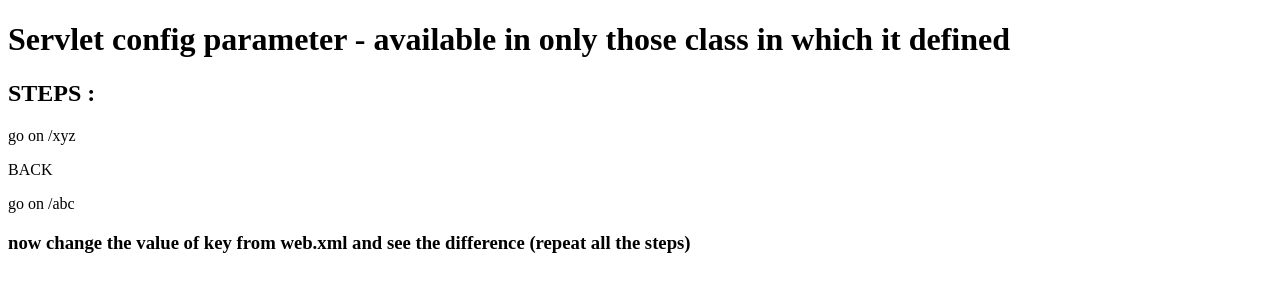
Repository: suraj-repositories/java-practice-2-advance-java-1
Page: Ad_13_servlet_configParameter_use/src/main/webapp/index.html
An editor plug-in stored every save of this project. The page is shown before and after the next save, followed by the edit.
The browser window is 1280 px wide. The pictures show the whole page.

Above is the page before, as saved 2023-07-22 13:15:21.

After the next save:
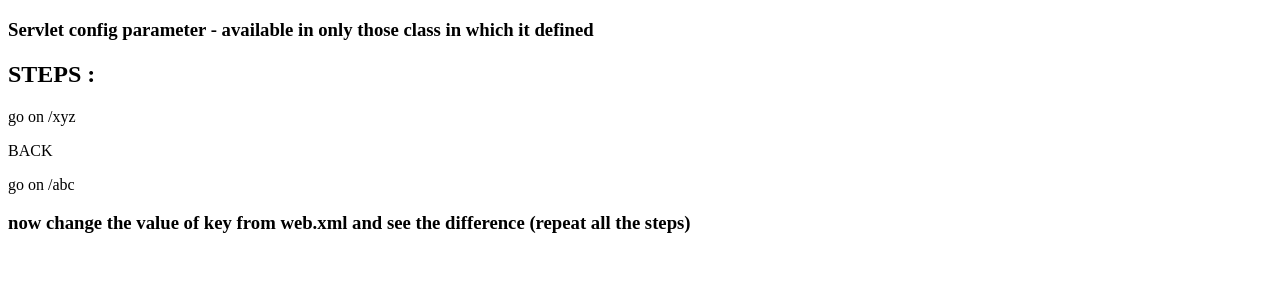
Saved 4 min 37 s later.
--- a/Ad_13_servlet_configParameter_use/src/main/webapp/index.html
+++ b/Ad_13_servlet_configParameter_use/src/main/webapp/index.html
@@ -6,7 +6,7 @@
 </head>
 <body>
 
-<h1>Servlet config parameter -  available in only those class in which it defined </h1>
+<h3>Servlet config parameter -  available in only those class in which it defined </h3>
 <h2>STEPS :</h2>
 
 <p> go on /xyz</p>
